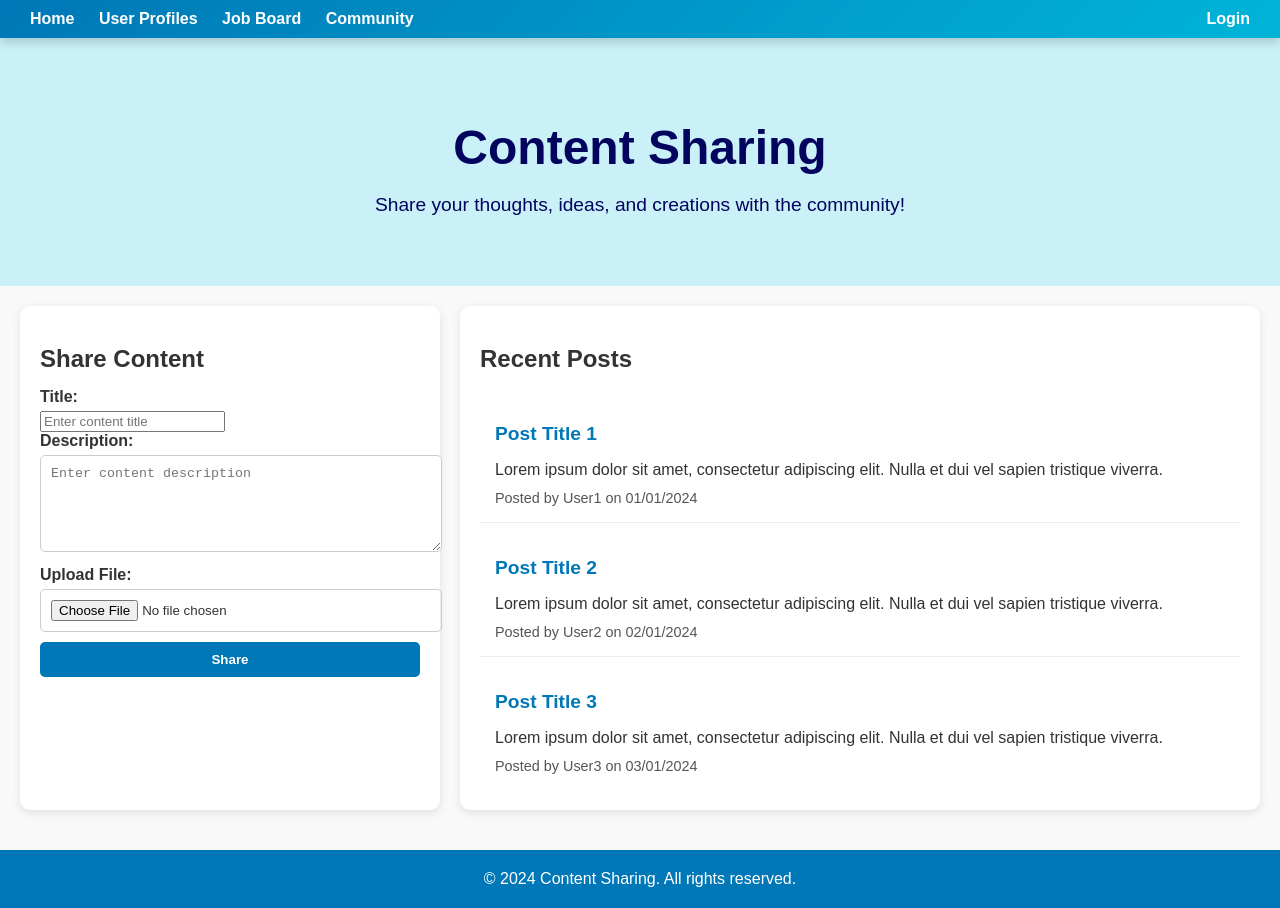
Repository: RishitSharma88/SeaGro
Page: contentsharing.html
These files come from the project's save history. The page is drawn as it stood at one moment and after the next save; the edit follows.
The browser window is 1280 px wide. The pictures show the whole page.

Above is the page before, as saved 2024-12-25 01:45:55.

After the next save:
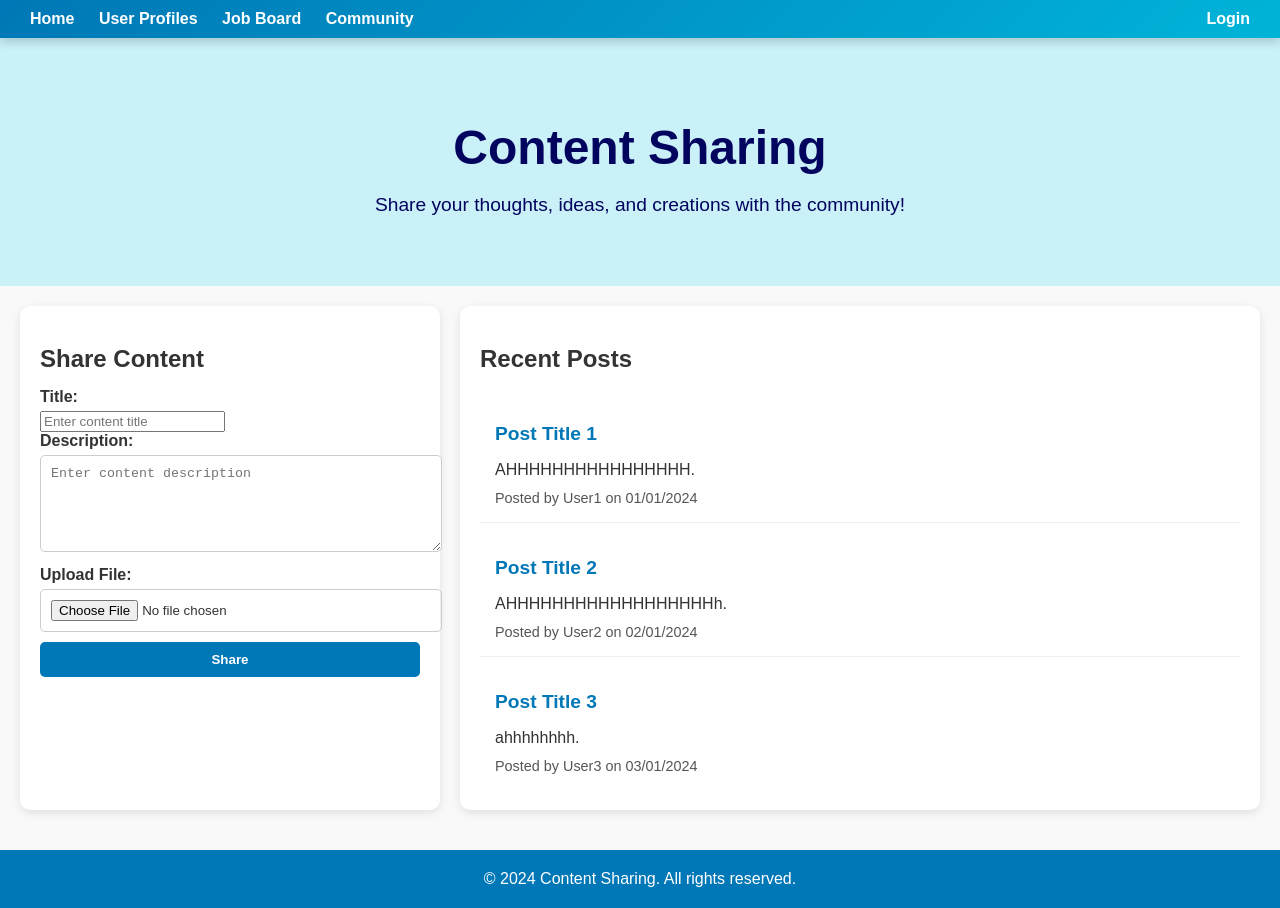
Saved 92 s later.
--- a/contentsharing.html
+++ b/contentsharing.html
@@ -200,17 +200,17 @@
             <h2>Recent Posts</h2>
             <div class="post">
                 <h3>Post Title 1</h3>
-                <p>Lorem ipsum dolor sit amet, consectetur adipiscing elit. Nulla et dui vel sapien tristique viverra.</p>
+                <p>AHHHHHHHHHHHHHHHH.</p>
                 <span>Posted by User1 on 01/01/2024</span>
             </div>
             <div class="post">
                 <h3>Post Title 2</h3>
-                <p>Lorem ipsum dolor sit amet, consectetur adipiscing elit. Nulla et dui vel sapien tristique viverra.</p>
+                <p>AHHHHHHHHHHHHHHHHHHh.</p>
                 <span>Posted by User2 on 02/01/2024</span>
             </div>
             <div class="post">
                 <h3>Post Title 3</h3>
-                <p>Lorem ipsum dolor sit amet, consectetur adipiscing elit. Nulla et dui vel sapien tristique viverra.</p>
+                <p>ahhhhhhhh.</p>
                 <span>Posted by User3 on 03/01/2024</span>
             </div>
         </div>
